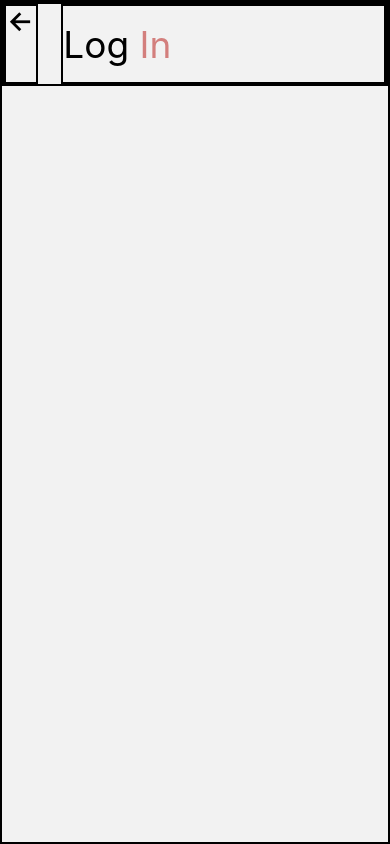
Repository: kgayathridevi/pregband
Screen: /
These files come from the project's save history. The screen is drawn as it stood at one moment and after the next save; the edit follows.
The app was drawn by React Native's web renderer in a window 390 px wide. The project was rebuilt for these pictures with package versions that can differ from the ones it lists, and the page was loaded fresh each time. Also part of the build but not shown: component/SignUpScreen.jsx, component/Home.jsx.

Above is the screen before, as saved 2023-04-28 13:24:02.

After the next save:
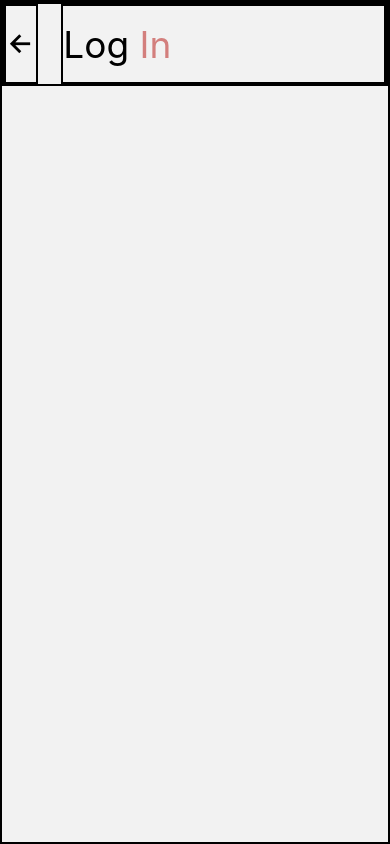
Saved 9 s later.
--- a/component/LogInScreen.jsx
+++ b/component/LogInScreen.jsx
@@ -48,7 +48,7 @@ const styles = StyleSheet.create({
     alignItems: "center",
   },
   btnCont: {
-    alignItems: "center",
+    justifyContent: "center",
     borderWidth: 2,
   },
   textC: {
